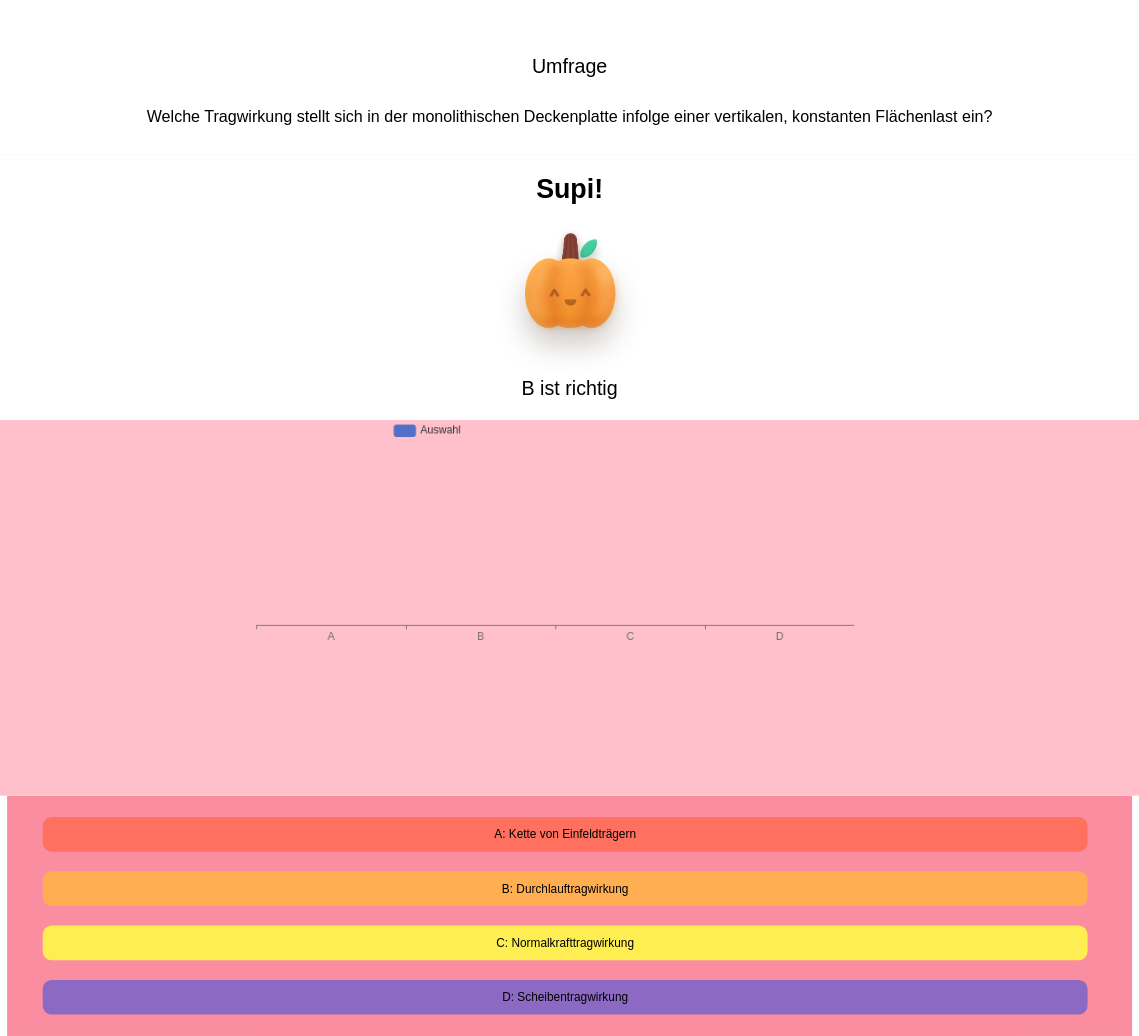
Repository: HyunraDate/Quinlan
Page: /Ergebnis1
An editor plug-in stored every save of this project. The page is shown before and after the next save, followed by the edit.
The browser window is 1280 px wide. The pictures show the whole page, at 89% of full size.
The page's requests for data from a server got no answer. The project was rebuilt for these pictures with package versions that can differ from the ones it lists, and the page was loaded fresh each time. No one was signed in, and anything a server would have sent is missing. Also part of the build but not shown: vite.config.js, src/views/Ergebnis2.vue, src/views/Erklaerung.vue.

Above is the page before, as saved 2023-08-02 13:21:25.

### index.html
<!DOCTYPE html>
<html lang="en">
  <head>
    <meta charset="UTF-8" />
    <link rel="icon" type="image/svg+xml" href="/vite.svg" />
    <meta name="viewport" content="width=device-width, initial-scale=1.0" />
    <title>Pumpkin Elf</title>
  </head>
  <body>
    <div id="app"></div>
    <script type="module" src="src/main.js"></script>
    <script
    src="https://cdnjs.cloudflare.com/ajax/libs/echarts/5.4.1/echarts.min.js"
    integrity="sha512-OTbGFYPLe3jhy4bUwbB8nls0TFgz10kn0TLkmyA+l3FyivDs31zsXCjOis7YGDtE2Jsy0+fzW+3/OVoPVujPmQ=="
    crossorigin="anonymous"
    referrerpolicy="no-referrer">
    </script>

  </body>
</html>

### src/main.js
import { createApp } from 'vue'
// import './style.css'
import './utils/rem'
import App from './views/FragePage.vue'
import router from './router'
import * as echarts from 'echarts/core'

const app=createApp(App)//用const = 去挂载
app.use(router) //要先use哦
app.provide("ec", echarts);

// app.config.globalProperties.$axios = axios.create({
//     baseURL: 'http://localhost:8000', // 设置axios的基本URL
//     headers: {
//     // 设置axios请求的头部信息
//     }
// });

//createApp(app).mount('#app')
app.mount('#app')

### src/utils/rem.js
//rem等比适配配置文件
// 基准大小
const baseSize = 16
// 设置 rem 函数
function setRem () {
        // 当前页面宽度相对于 1920宽的缩放比例，可根据自己需要修改。
    const scale = document.documentElement.clientWidth / 1920
    // 设置页面根节点字体大小（“Math.min(scale, 2)” 指最高放大比例为2，可根据实际业务需求调整）
    document.documentElement.style.fontSize = baseSize * Math.min(scale, 2) + 'px'
    // 初始化
    setRem()
    // 改变窗口大小时重新设置
    rem.window.onresize = function () { setRem() }
}

### src/views/FragePage.vue
<!-- <template>
    <div>
    <div class="flex-col page">
        <div class="flex-col items-center">
          span class="font_1">Umfrage</span>
      <br/>

      <body onload="run()">
        wird in <span id="spanId" style="color:#FE9637">60</span>Sekunden springen!
      </body>
    </div>
</template> -->
<script>
// import { useStore } from '@store/index'
// //先引入useRouter
// import { useRouter } from 'vue-router'

// export default {
//   const store = useStore()
//   const router = useRouter()
//   //通过定义一个方法，使用Router进行跳转
//   const test =()=>
//   router.push()
// }

// import { useRouter , useRoute } from 'vue-router'

// setup(){
//     const $router=useRouter()
//     const $route=useRoute()

//     // 对象 $router.push()可以向history对象添加新记录
//     $router.push({ path: 'Ergebnis1' })
// }


// return {
//   store,
//   //这里暴露test方法
//   test
// }
// 页面一加载完成，该方法就会执行
// 读秒，一秒钟数字改变一次

// export default { 唔可以系setup度用
//   methods: {
//     scrollTo(target) {
//       const element = this.$refs[target];
//       element.scrollIntoView({ behavior: 'smooth' });
//     }
//   }
// }

var x = 60;
var select = "Step3.html";

function run(){
  // 获取到的是span标签的对象
  var span = document.getElementById("spanId");
  // 获取span标签中间的文本
  span.innerHTML = x;
  x--;
  // 再让run方法执行呢，一秒钟执行一次
  if(x < 0)window.location = select;
  else window.setTimeout("run()", 1000);

};

function test(click){
  select = click;
}

export default {
  data() {
    return {
      isDisabled: false,
      showButton: true,
    };
  },
  //Falls du die Btns nicht zeigen möchtest
  // beforeRouteEnter(to, from, next) {
  //   next(vm => {
  //     vm.showButton = false
  //   })
  // },
  // mounted() {
  //   // 在页面加载时显示按钮
  //   this.showButton = true;
  // },
  // beforeDestroy() {
  //   // 在页面销毁之前隐藏按钮
  //   this.showButton = false;
  // },

  methods:{
    option1:function(){
      console.log(this.$router);
      // this.$router.plus('/') 这里跳转不了欸
      //this.$router.push({path:"/"}) //传入对象 但也跳转不了欸 push!唔系plus啊死蠢！
      //this.showButton = false;

      //带参数
      this.$router.push({path:'/Ergebnis1'}) //成功跳转了！！okok!!
      //this.$router.push({name:"almond",params:{id:Chocolat}}) //传参 这里传不到欸 // 试一下传right
      },

      option2:function(){
        console.log(this.$router);
        //this.showButton = false; //hier zeigt die Button nicht mehr, wie du möchtest

        //带参数
        this.$router.push({path:'/Ergebnis2'}) //成功跳转了！！okok!!
        //如果要动态传参

        //this.$router.push({name:"Ergebnis2",params:{id:A}}) //传参 这里传不到欸 // 试一下传worong
      },

      onClick() {
        // 在点击事件监听器中禁用按钮
        this.isDisabled = true;
        // 在每个按钮上使用 v-bind:disabled 指令，将其值绑定为 isDisabled，
        //当 isDisabled 为 true 时，按钮将被禁用。
        console.log("Button clicked")
      },
  },


}
</script>

<template>
<body >
<div>
  <!-- <div class="flex-col page"> </div>  太占位啦！-->
    <div class="flex flex-col items-center">
    <br/><br/><br/>
    <span class="font_1">Umfrage</span>
    <!--style="{
      margin: 0;
      font-size: 1.38rem;
      font-family: Inter;
      line-height: 1.63rem;
      color: #000000;
      font-family: 'Work Sans', sans-serif;
      text-align: center;
      }"-->
    <!-- <br/><br/> -->
    <span class="text">
    Welche Tragwirkung stellt sich in der monolithischen Deckenplatte infolge einer vertikalen, konstanten
    Flächenlast ein?
    </span>
  <router-view/>

<!-- onload="run()" 这里加载不了 这个onload function欸-->
<!-- wird in <span id="spanId" style="color:#FE9637">60</span>Sekunden springen! -->
</div>



<!-- 要页面跳转了
1、 router-link: <router-link to='/testDemo'>
                <button>点击跳转2</button>
                </router-link>

2、 this.$router.push('/a')
3、 get params ->  console.log(this.$route.params.a); -->
<div class="flex-col group space-y-22">

  <!-- <router-link to="Ergebnis2"><button class="flex-col justify-start items-center text-wrapper " type="submit">A: Kette von Einfeldträgern</button></router-link> -->
  <!-- <button class="flex-col justify-start items-center text-wrapper " type="submit" a href="Step3.html">A: Kette von Einfeldträgern</button> -->


  <!-- <router-link to="Ergebnis1"><button class="flex-col justify-start items-center text-wrapper_2 " type="submit">B: Durchlauftragwirkung</button></router-link> -->

  <!-- <router-link to="Ergebnis2"><button class="flex-col justify-start items-center text-wrapper_3" type="button">C: Normalkrafttragwirkung</button>
  </router-link> -->
<button v-on:click="onClick" :disabled="isDisabled" v-if="showButton" id ="A" class="flex-col justify-start items-center text-wrapper " type="submit" @click="option2">A: Kette von Einfeldträgern</button>

<button v-on:click="onClick" :disabled="isDisabled" v-if="showButton" id ="B" class="flex-col justify-start items-center text-wrapper_2" type="button" @click="option1">B: Durchlauftragwirkung</button>

<button v-on:click="onClick" :disabled="isDisabled" v-if="showButton" id ="C" class="flex-col justify-start items-center text-wrapper_3" type="button" @click="option2">C: Normalkrafttragwirkung</button>

<button v-on:click="onClick" :disabled="isDisabled" v-if="showButton" id ="D" class="flex-col justify-start items-center text-wrapper_4" type="button" @click="option2">D: Scheibentragwirkung</button>
</div>
</div>

</body>
</template>

<style scoped>
@import url("../css/halloween.css"); /*src = . */
/* .font_1{ /* didnt work
  position: center;
  } */

/*
使用深度选择器来写使样式生效。
有两种写法：

.a >>> .b {}
.a /deep/ .b
当你子组件使用了 scoped 但在父组件又想修改子组件的样式可以 通过 >>> 来实现：

<style scoped>
.a >>> .b { /* ...


将会编译成
.a[data-v-f3f3eg9] .b {
  /* ... */

</style>

### src/css/halloween.css
/* 语法 @media mediaType and|not|only (media feature) {
  /*CSS-Code;*/
  /* 3、css中的vh和vm
  vh和vm是相对视口区域的宽高，即浏览器可视区域

  vw：1vw等于视口宽度的1%。
  vh：1vh等于视口高度的1%。

  使用场景：页面头部和尾部固定，中间内容若高度超出，则出现滚动条，但是整个页面不出现滚动条，
  在此情况下就要计算中间内容的高度，可以使用vh解决 */

  /* :root { why didnt work??
  font-family: 'Work Sans', sans-serif;
  line-height: 1.5;
  font-weight: 400;

  color-scheme: light dark;
  color: rgba(255, 255, 255, 0.87);
  background-color: #242424;

  font-synthesis: none;
  text-rendering: optimizeLegibility;
  -webkit-font-smoothing: antialiased;
  -moz-osx-font-smoothing: grayscale;
  -webkit-text-size-adjust: 100%;
  } */

  /* // 最大宽度为1280 （width-max: 1280）*/
@media (width: 100vw) {
  html {
    font-size: 1.88rem;
    font-weight: 500;
    font-family: 'Work Sans', sans-serif;
  }

  body {
    /* background: pink; */
    background: #ffffff;
    height:100vh;
    margin: 0;
    -webkit-font-smoothing: antialiased;
    -moz-osx-font-smoothing: grayscale;

  }

  body * {
    box-sizing: border-box;
    flex-shrink: 0;
  }

  button {
    border-width: 0px;
    border-radius: 0.63rem;
  }
  button:hover{
    border:2px solid #FE9637;
    box-shadow:rgba(251, 161, 72, 0.66) 0 0 5px;
    transition:all .2s;
  }
  .flex-row {
    display: flex;
    flex-direction: row;
  }

  .flex-col {
    display: flex;
    flex-direction: column;
  }

  .justify-start {
    justify-content: flex-start;
  }

  .justify-end {
    justify-content: flex-end;
  }

  .justify-center {
    justify-content: center;
  }

  .justify-between {
    justify-content: space-between;
  }

  .justify-around {
    justify-content: space-around;
  }

  .justify-evenly {
    justify-content: space-evenly;
  }

  .items-start {
    align-items: flex-start;
  }

  .items-end {
    align-items: flex-end;
  }

  .items-center {
    align-items: center;
  }

  .items-baseline {
    align-items: baseline;
  }

  .items-stretch {
    align-items: stretch;
  }

  .self-start {
    align-self: flex-start;
  }

  .self-end {
    align-self: flex-end;
  }

  .self-center {
    align-self: center;
  }

  .self-baseline {
    align-self: baseline;
  }

  .self-stretch {
    align-self: stretch;
  }

  .flex-1 {
    flex: 1 1 0%;
  }

  .flex-auto {
    flex: 1 1 auto;
  }

  .grow {
    flex-grow: 1;
  }

  .grow-0 {
    flex-grow: 0;
  }

  .shrink {
    flex-shrink: 1;
  }

  .shrink-0 {
    flex-shrink: 0;
  }

  .relative {
    position: relative;
  }

  .font_1 {
    font-size: 1.38rem;
    font-family: Inter;
    line-height: 1.63rem;
    color: #000000;
    font-family: 'Work Sans', sans-serif;
    text-align: center;
  }

  .text {
    margin: 2rem;
    color: #000000;
    font-size: 1.13rem;
    font-family: Inter;
    line-height: 1.38rem;
    text-align: center;
    font-family: 'Work Sans', sans-serif;
  }
  /* .group {
    margin-top: 2rem;
    padding: 0 1.88rem;
  } */
  /* .space-y-22 > *:not(:first-child) {
    margin-top: 1.38rem;
  } */
  .text-wrapper {
    margin-right: 0.63rem;
    padding: 0.75rem 0;
    background-color: #FF715E;
  }
  .font_2 {
    font-size: 1rem;
    font-family: Inter;
    line-height: 0.97rem;
    color: #000000;
    font-family: 'Work Sans', sans-serif;
  }
  .text-wrapper_2 {
    margin-right: 0.63rem;
    padding: 0.75rem 0;
    background-color: #ffaf51;
    outline: none;
  }
  .text-wrapper_3 {
    margin-right: 0.63rem;
    padding: 0.75rem 0;
    background-color: #FFEE51;
  }
  .text-wrapper_4 {
    margin-right: 0.63rem;
    padding: 0.75rem 0;
    background-color: #8C6AC4;
  }
}
.group {
  padding-top: 1.5rem ;
  padding-bottom: 1.5rem ;
  padding-left: 2.5rem;
  padding-right: 2.5rem;
  background-color: #FB8DA0;
}

/* inportant! space between every Options! */
.space-y-22 > *:not(:first-child) {
  margin-top: 1.38rem;
}

### src/views/Ergebnis1.vue
<template>
  <html lang="en">
    <!-- <head>
    <meta charset="UTF-8" />
    <meta http-equiv="X-UA-Compatible" content="IE=edge" />
    <meta name="viewport" content="width=device-width, initial-scale=1.0" />
    <title>codefun</title>
    <link rel="stylesheet" href="./Step3.Ai.css" /> -->

    <!-- 需要需要！ 就算——我在main.js已经import了echarts了
    <script src="node_modules/echarts/dist/echarts.min.js"></script>
    <script src="https://cdnjs.cloudflare.com/ajax/libs/echarts/5.4.1/echarts.min.js"
    integrity="sha512-OTbGFYPLe3jhy4bUwbB8nls0TFgz10kn0TLkmyA+l3FyivDs31zsXCjOis7YGDtE2Jsy0+fzW+3/OVoPVujPmQ=="
    crossorigin="anonymous"
    referrerpolicy="no-referrer"></script>

  </head>-->
    <body>
      <div class="flex-col items-center page">
        <span class="text">Supi!</span>
        <img src="../images/right.png" img class="image" @click="goPage" />
        <span class="text_2">B ist richtig</span>
      </div>

      <!--为Chart准备定义了宽高的DOM-->
      <!-- <div class="echartsBox" ref="echartsBox"> 初始化Echarts 峰华老师的方法 使用props传参 -->
      <div
        id="myEcharts"
        ref="echartsBox"
        :style="// muss hier id & ref gleich?
        {
          width: '75%',
          height: '300px',
          // margin: auto,
          // display: flex,
          // justify-content: center,
          // align-items: center
        }">
      </div>
    </body>
  </html>

  <!-- <div> -->
  <!-- <a href="../views/Erklaerung.vue" target="_blank"> -->
  <!-- <img src="../images/right.png" class="richtig" alt="Vite logo" @click="goPage"/> -->
  <!-- </a> -- Vue不用a标签的>
    <a href="https://vuejs.org/" target="_blank">
      <img src="../assets/vue.svg" class="logo vue" alt="Vue logo" />
    </a> -->
  <!-- </div> -->
  <!-- <HelloWorld msg="Vite + Vue" /> -->
</template>

<script>
import * as echarts from "echarts";
import { reactive, ref, onMounted, onUnmounted, nextTick } from "vue";
import axios from "axios";

export default {
  methods: {
    goPage: function () {
      console.log(this.$router);
      // this.$router.plus('/') 这里跳转不了欸
      //this.$router.push({path:"/"}) //传入对象 但也跳转不了欸 push!唔系plus啊死蠢！

      //带参数
      this.$router.push({ path: "/Erklaerung" }); //成功跳转了！！okok!!
      //this.$router.push({name:"almond",params:{id:Chocolat}}) //传参 这里传不到欸
    },
  },

  setup() {
    let chart;

    var state = reactive({
      data: [], //这里定义了data的类型是array
      dataType: "json", //返回数据形式为json but didnt work?
      option: {
        // title: {
        //   text: "Umfrage",
        //   color: "#FE9637",
        // },
        tooltip: {},
        legend: {
          //data: ["Auswahl"],
          //series里面有name值， legend里面的data可以删掉
        },
        grid: {
          left: "30%",
          top: "10%",
          right: "auto", //ok了！？
          // left: left,
          // top: top,
          // right: 'auto',
          // bottom: 'auto',
          containLebel: true, //显示刻度，不显示就false
        },

        style: {
          width: "75%",
          height: "100%",
          margin: 0,
          //到底写在哪里啊style@media
        },

        xAxis: {
          type: "category",
          data: ["A", "B", "C", "D"],
        },
        yAxis: {
          type: "value",
          //data: state.values, 这里不显示的 要在下面series显示
        },
        series: [
          {
            name: "Auswahl",
            type: "bar",
            data: [],
            //If 传的是Proxy对象，proxy代理了Child对象，所以我们访问的是proxy代理对象的自身属性，因此不需要.value
            //ref的值在 JS/TS 中读取和修改时，需要使用 .value获取，在模版中读取是，不需要使用 .value
            itemStyle: {
              //通常情况下：
              normal: {
                //每个柱子的颜色即为colorList数组里的每一项，如果柱子数目多于colorList的长度，则柱子颜色循环使用该数组
                color: function (params) {
                  var colorList = [
                    "#ff715e",
                    "#ffaf51",
                    "#ffee51",
                    "#8c6ac4",
                    "#715c87",
                  ];
                  return colorList[params.dataIndex];
                },
              },
              //鼠标悬停时：
              emphasis: {
                shadowBlur: 10,
                shadowOffsetX: 0,
                shadowColor: "rgba(251, 161, 72, 0.66)",
              },
            },
          },
        ],
      },
    });

    /// 声明定义一下echart
    let echart = echarts;

    onMounted(() => {
      initChart(); //initChart报错惹
      axios
        .get("http://localhost:8000/question1")
        .then((res) => {
          // state.data = res.data;
          state.option.series[0].data = res.data;
          nextTick(() => {
            chart.setOption(state.option);
          });
        })
        .catch((error) => {
          console.log(error); //没有报错表示成功了！
        });
    });

    onUnmounted(() => {
      echart.dispose;
    });

    // 基础配置一下Echarts
    function initChart() {
      chart = echart.init(document.getElementById("myEcharts")); //initChart报错惹
      // 把配置和数据放这里
      chart.setOption(state.option);

      //Pink老师教的方法
      window.addEventListener("resize", function () {
        chart.resize();
      });
    }
    onUnmounted(() => {
      chart.dispose();
    });
    return { initChart, state };
  },
};
</script>

<style scoped>
@import url("../css/Step3b.css"); /*src = . */
</style>

### src/css/Step3b.css
@media (width: 100vw) {
  html {
    font-size: 16px;
  }

  body {
    background: pink;
    margin: 0;
    font-family: -apple-system, BlinkMacSystemFont, 'Segoe UI', 'Roboto', 'Oxygen', 'Ubuntu', 'Cantarell', 'Fira Sans',
        'Droid Sans', 'Helvetica Neue', 'Microsoft Yahei', sans-serif;
    -webkit-font-smoothing: antialiased;
    -moz-osx-font-smoothing: grayscale;
    width: 100vw;
    height: 100vh;
  }

  body * {
    box-sizing: border-box;
    flex-shrink: 0;
  }

/*
html {
    font-size: 16px;
  }
   */
  /* body {
    margin: 0;
    font-family: -apple-system, BlinkMacSystemFont, 'Segoe UI', 'Roboto', 'Oxygen', 'Ubuntu', 'Cantarell', 'Fira Sans',
      'Droid Sans', 'Helvetica Neue', 'Microsoft Yahei', sans-serif;
    -webkit-font-smoothing: antialiased;
    -moz-osx-font-smoothing: grayscale;
    width: 100vw;
    height: 100vh;
  } */

  body * {
    box-sizing: border-box;
    flex-shrink: 0;
  }

  .echarts-box {
    text-align:center;
  }

  /* canvas {
    text-align:center;
  } */

  .flex-row {
    display: flex;
    flex-direction: row;
  }

  .flex-col {
    display: flex;
    flex-direction: column;
  }

  .justify-start {
    justify-content: flex-start;
  }

  .justify-end {
    justify-content: flex-end;
  }

  .justify-center {
    justify-content: center;
  }

  .justify-between {
    justify-content: space-between;
  }

  .justify-around {
    justify-content: space-around;
  }

  .justify-evenly {
    justify-content: space-evenly;
  }

  .items-start {
    align-items: flex-start;
  }

  .items-end {
    align-items: flex-end;
  }

  .items-center {
    align-items: center;
  }

  .items-baseline {
    align-items: baseline;
  }

  .items-stretch {
    align-items: stretch;
  }

  .self-start {
    align-self: flex-start;
  }

  .self-end {
    align-self: flex-end;
  }

  .self-center {
    align-self: center;
  }

  .self-baseline {
    align-self: baseline;
  }

  .self-stretch {
    align-self: stretch;
  }

  .flex-1 {
    flex: 1 1 0%;
  }

  .flex-auto {
    flex: 1 1 auto;
  }

  .grow {
    flex-grow: 1;
  }

  .grow-0 {
    flex-grow: 0;
  }

  .shrink {
    flex-shrink: 1;
  }

  .shrink-0 {
    flex-shrink: 0;
  }

  .relative {
    position: relative;
  }

  .page {
    padding: 1.5rem ;
    /* 调整上下边距的值(hier 四边都是1.5rem) 原值：31.38rem */
    /* padding-top: 2rem; /* 调整上边距大小 */
    /* padding-bottom: 2rem; /* 调整下边距大小 */
    /* background-color: #ff00ff; */
    background: #ffffff;
    /* width: 100%;
    overflow-y: auto;
    overflow-x: hidden;
    height: 100%; */
  }
  .text {
    color: #000000;
    font-size: 1.88rem;
    font-family: Inter;
    font-weight: 700;
    line-height: 1.81rem;
    font-family: 'Work Sans', sans-serif;
  }
  .image {
    margin-top: 1.63rem;
    width: 11.13rem;
    height: 10.81rem;
  }
  .text_2 {
    /* margin-top: 1rem; */
    color: #000000;
    font-size: 1.38rem;
    font-family: Inter;
    line-height: 1.34rem;
    font-family: 'Work Sans', sans-serif;
  }
}

Loaded but not shown: src/router/index.js (136 lines, source omitted)

After the next save:
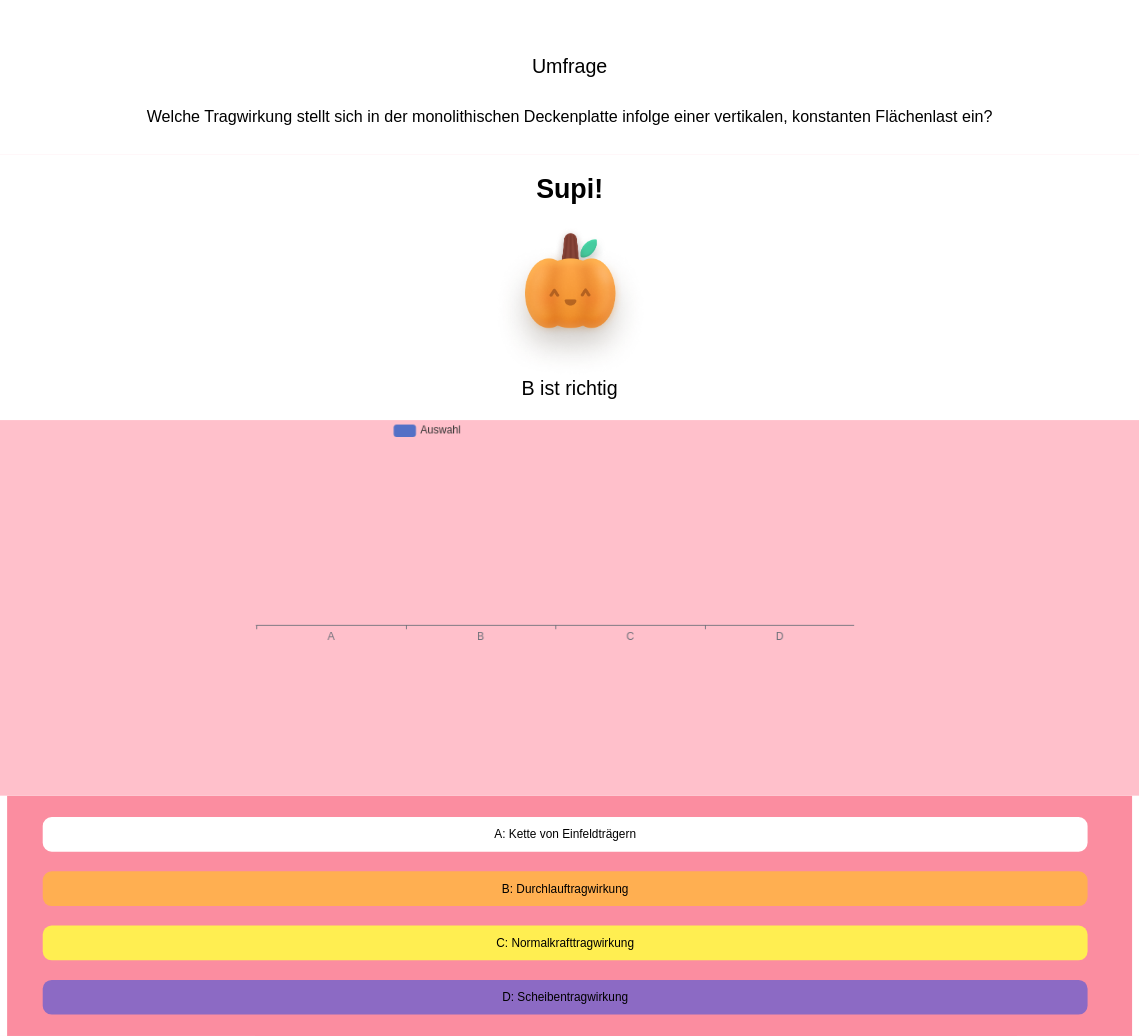
Saved 44 s later.
--- a/src/css/halloween.css
+++ b/src/css/halloween.css
@@ -187,7 +187,8 @@
   .text-wrapper {
     margin-right: 0.63rem;
     padding: 0.75rem 0;
-    background-color: #FF715E;
+    /* background-color: #FF715E; */
+    background: #ffffff;
   }
   .font_2 {
     font-size: 1rem;

After the save that followed:
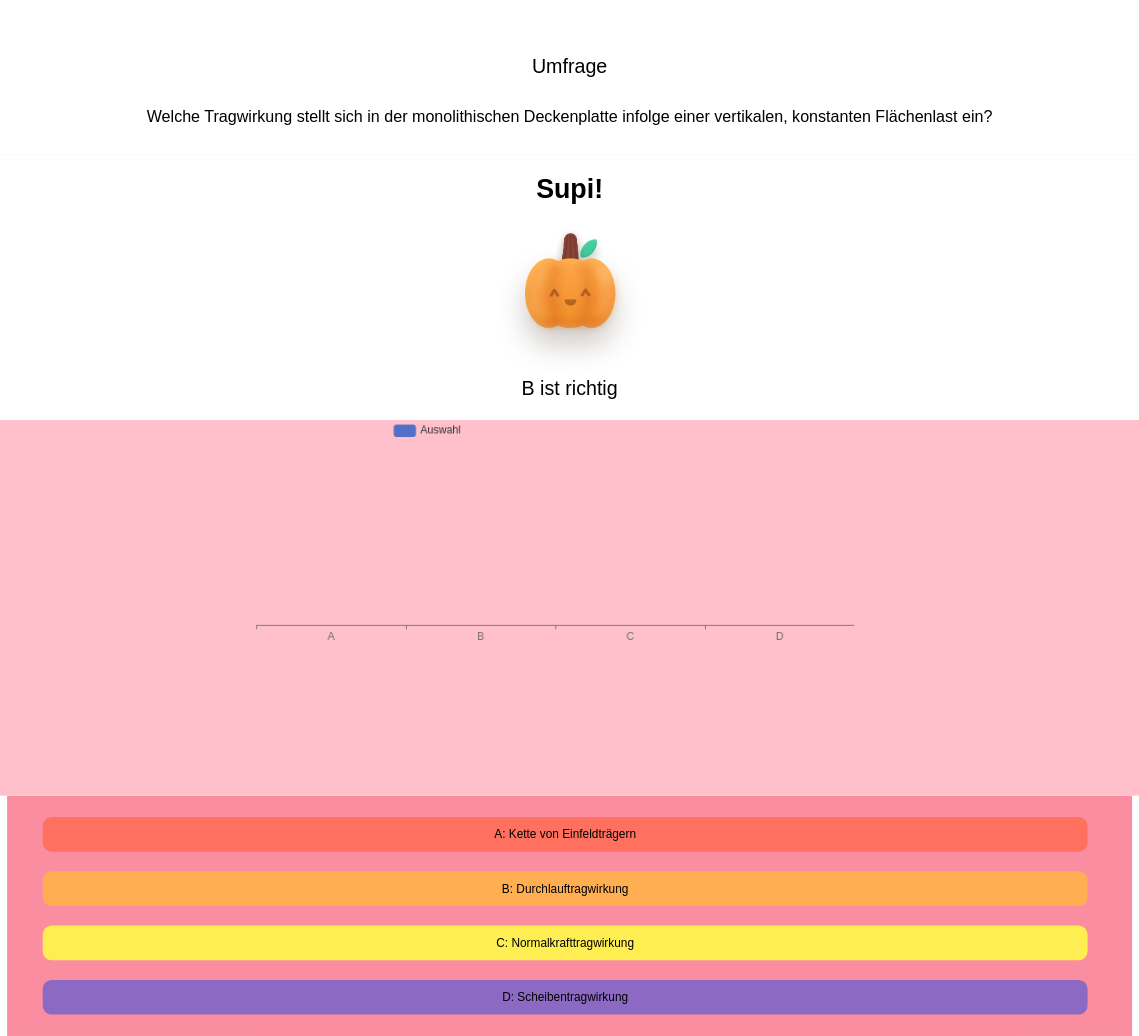
Saved 15 s later.
--- a/src/css/halloween.css
+++ b/src/css/halloween.css
@@ -187,8 +187,7 @@
   .text-wrapper {
     margin-right: 0.63rem;
     padding: 0.75rem 0;
-    /* background-color: #FF715E; */
-    background: #ffffff;
+    background-color: #FF715E;
   }
   .font_2 {
     font-size: 1rem;
